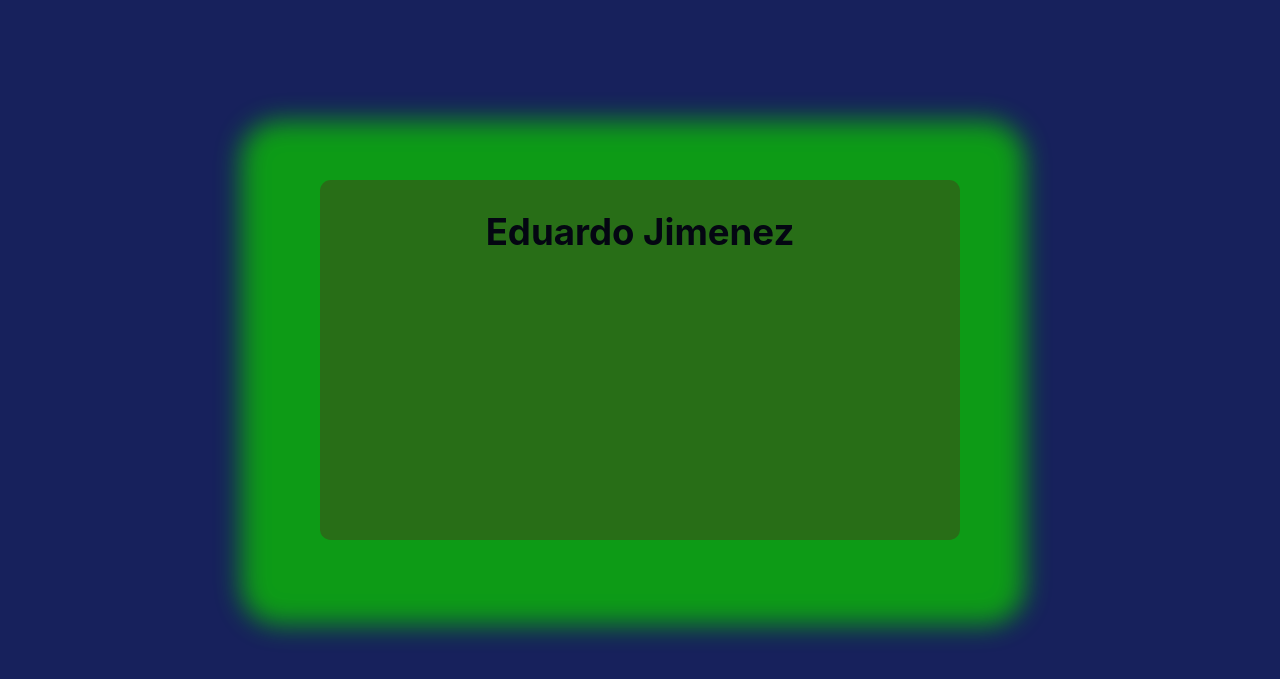
Repository: l8nightswithJS/react-my-portfolio
Page: /
These files come from the project's save history. The page is drawn as it stood at one moment and after the next save; the edit follows.
The browser window is 1280 px wide. The pictures show the whole page.
The project was rebuilt for these pictures with package versions that can differ from the ones it lists, and the page was loaded fresh each time.

Above is the page before, as saved 2021-04-28 15:06:42.

### src/App.js
import './App.css';


function App() {
  return (
    <div className="App">
      <header className="App-header">
        <section>
          <h1>Eduardo Jimenez</h1>
        </section>
      </header>
    </div>
  );
}

export default App;

### src/App.css
.App {
  height: 100vh;
  width: 100%;
  text-align: center;
  background-color: rgb(23, 33, 92);
}

section {
  position: fixed;
  top: 0;
  bottom: 0;
  left: 0;
  right: 0;
  background-color: rgb(46, 131, 7);
  height: 50vh;
  width: 50vw;
  margin: auto;
  font-size: calc(10px + 2vmin);
  color: white;
  box-shadow: -1vh 1vw 2vw 10vh rgb(12, 187, 6);
  opacity: .8;
  border-radius: 1.5vh;
}

h1 {
  color: black;
}

Loaded but not shown: public/index.html (common file); src/index.js (common file); src/index.css (common file); src/reportWebVitals.js (common file)

After the next save:
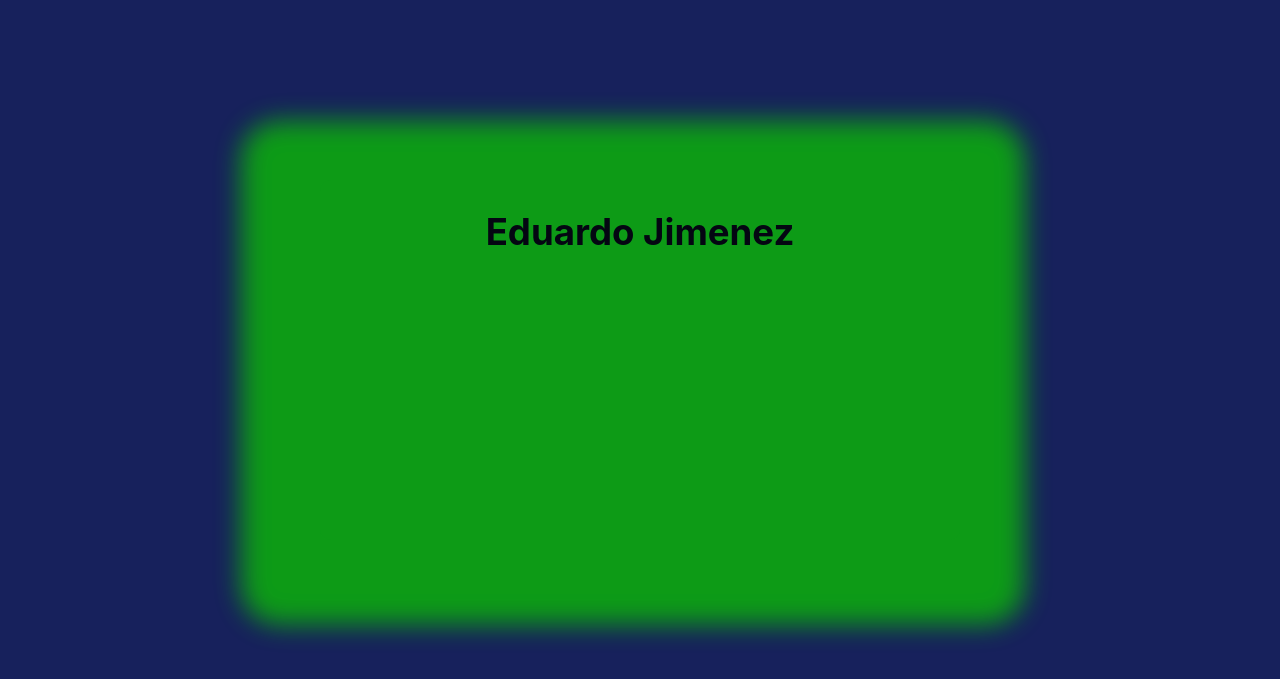
Saved 29 s later.
--- a/src/App.css
+++ b/src/App.css
@@ -11,7 +11,7 @@ section {
   bottom: 0;
   left: 0;
   right: 0;
-  background-color: rgb(46, 131, 7);
+  background-color: rgb(12, 187, 6);
   height: 50vh;
   width: 50vw;
   margin: auto;
